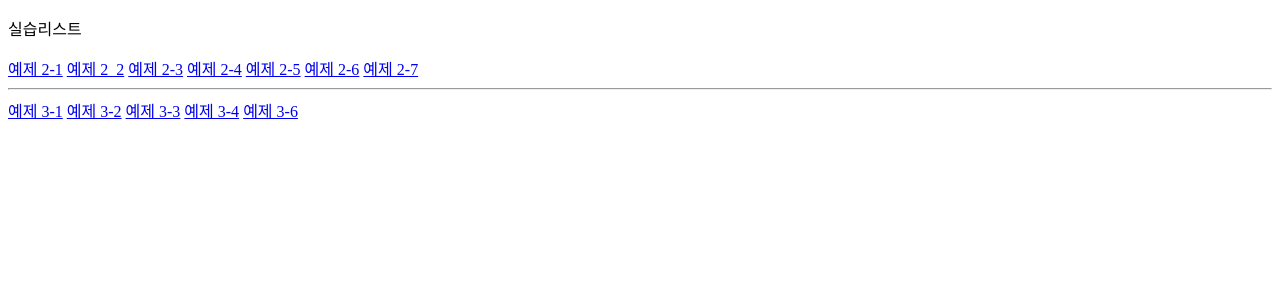
Repository: H-hyeonje/jsp
Page: http://localhost/jsbook/
These files come from the project's save history. The page is drawn as it stood at one moment and after the next save; the edit follows.
The browser window is 1280 px wide. The pictures show the whole page.
The page is served by Tomcat 10. Other server files are loaded and not shown.

Above is the page before, as saved 2024-10-08 06:50:34.

### jsbook/src/main/webapp/index.jsp
<%@ page language="java" contentType="text/html; charset=UTF-8"
    pageEncoding="UTF-8"%>
<!DOCTYPE html>
<html>
<head>
<meta charset="UTF-8">
<title>Insert title here</title>
</head>
<body>
<p>실습리스트</p>
<a href="2_1">예제 2-1</a>
<a href="2_2">예제 2_2</a>
<a href="2_3">예제 2-3</a>
<a href="2_4">예제 2-4</a>
<a href="2_5">예제 2-5</a>
<a href="2_6">예제 2-6</a>
<a href="2_7">예제 2-7</a>
<hr></hr>
<a href="3_1">예제 3-1</a>
<a href="3_2">예제 3-2</a>
<a href="3_3">예제 3-3</a>
<a href="3_4">예제 3-4</a>
<a href="3_6">예제 3-6</a>
</body>
</html>

After the next save:
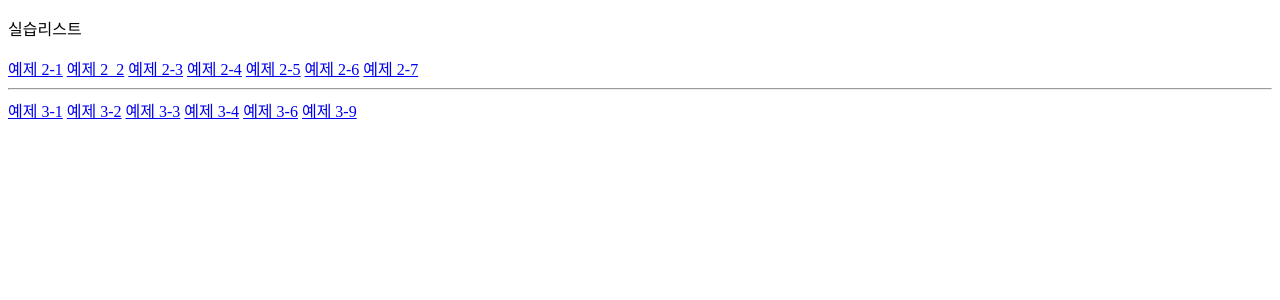
Saved 1 s later.
--- a/jsbook/src/main/webapp/index.jsp
+++ b/jsbook/src/main/webapp/index.jsp
@@ -21,5 +21,6 @@
 <a href="3_3">예제 3-3</a>
 <a href="3_4">예제 3-4</a>
 <a href="3_6">예제 3-6</a>
+<a href="3_9">예제 3-9</a>
 </body>
 </html>
